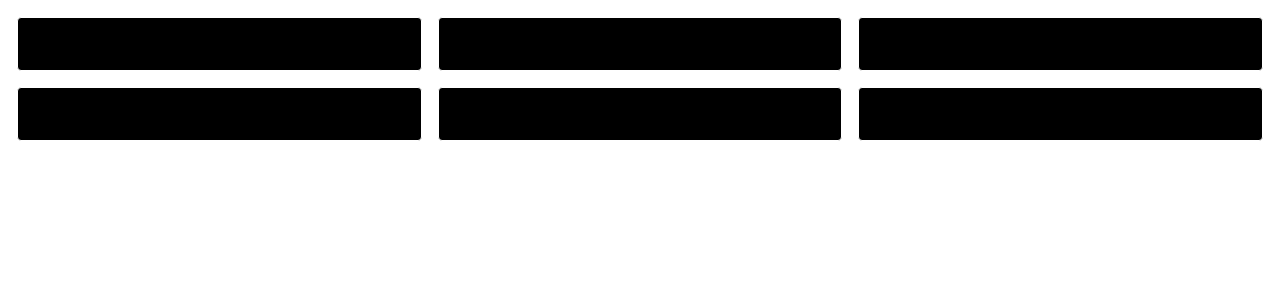
Repository: roistyx/react
Page: /components (app in layouts-app/)
These files come from the project's save history. The page is drawn as it stood at one moment and after the next save; the edit follows.
The browser window is 1280 px wide. The pictures show the whole page.
The project was rebuilt for these pictures with package versions that can differ from the ones it lists, and the page was loaded fresh each time. Also part of the build but not shown: layouts-app/src/layouts/Line.css, layouts-app/src/layouts/Line.js, layouts-app/src/elements/Btn.css, layouts-app/src/elements/Btn.js, layouts-app/src/elements/TextField.css, layouts-app/src/elements/TextField.js, layouts-app/src/components/Cards/BasicCard.js, layouts-app/src/layouts/Layouts.js.

Above is the page before, as saved 2023-05-03 09:32:44.

After the next save:
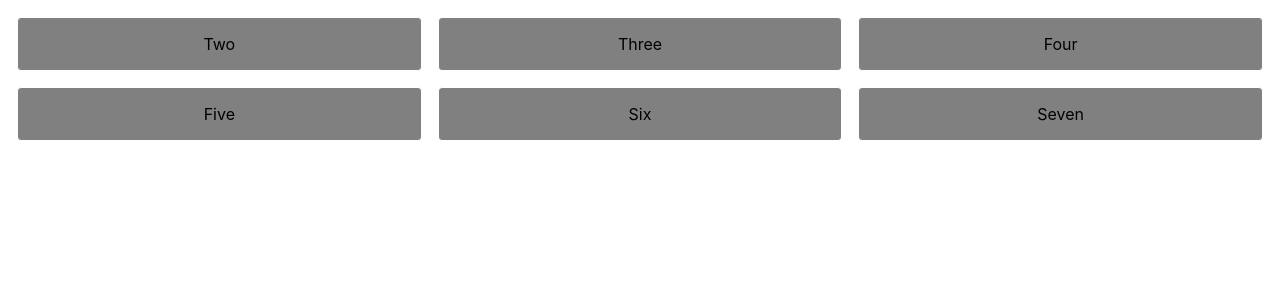
Saved 82 s later.
--- a/layouts-app/src/components/Components.js
+++ b/layouts-app/src/components/Components.js
@@ -8,7 +8,7 @@ export default function Components() {
 	console.log('Components');
 	return (
 		<div className="Components">
-			<Grid gap="1rem" bgColor="black">
+			<Grid gap="1rem" bgColor="grey">
 				{/* <Box>
 				<BasicCard
 					bgColor="#"
